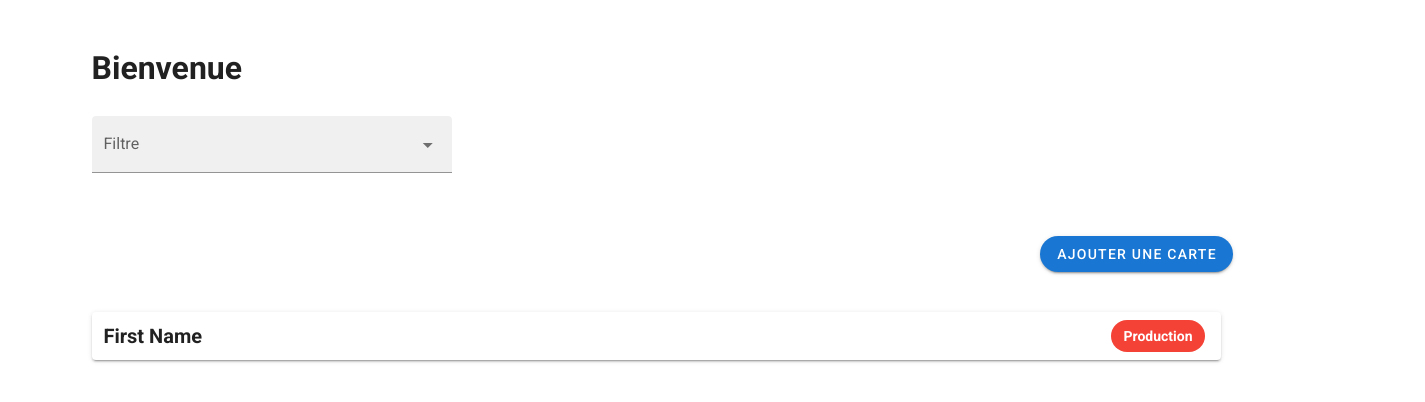
Repository: SidneyHodieb/myc
Page: /
These files come from the project's save history. The page is drawn as it stood at one moment and after the next save; the edit follows.
The browser window is 1280 px wide. The page is 1425 px wide, so the pictures cover 1425 px, including what lies to the right of the window. The pictures show the whole page.
The project was rebuilt for these pictures with package versions that can differ from the ones it lists, and the page was loaded fresh each time. Also part of the build but not shown: vue.config.js.

Above is the page before, as saved 2021-04-02 00:15:19.

### src/App.vue
<template>
  <v-app>
    <v-main>
      <router-view></router-view>
    </v-main>
  </v-app>
</template>

<script>

export default {
  name: 'App',
  data: () => ({
    //
  }),
};
</script>

### src/views/Home.vue
<template>
  <v-container>
    <v-row class="mt-5 ml-5">
      <v-col cols="12" sm="12">
        <h1>Bienvenue</h1>
      </v-col>
      <v-col class="d-flex" sm="4">
        <v-select :items="items" filled label="Filtre"></v-select>
      </v-col>
     <v-col offset-md="8" sm="6" style="margin-top:10px">
      <div class="text-center">
        <v-btn rounded color="primary">
          Ajouter une carte
        </v-btn>
      </div>
      </v-col>
      <v-col
          cols="12"
          sm="12"
          class="mt-4"
        >
          <v-text-field
            readonly
            value="First Name"
            solo
            style="font-weight:bold; font-size:20px"
          >
             <template v-slot:append>
               <v-chip text-color="white" color="red" class="ma-1">Production</v-chip>
              </template>

          </v-text-field>
        </v-col>
    </v-row>
  </v-container>
</template>

<script>
// @ is an alias to /src

export default {
  components: {},
};
</script>

Loaded but not shown: public/index.html (common file); src/main.js (common file); src/router/index.js (common file); src/store/index.js (common file); src/plugins/vuetify.js (common file)

After the next save:
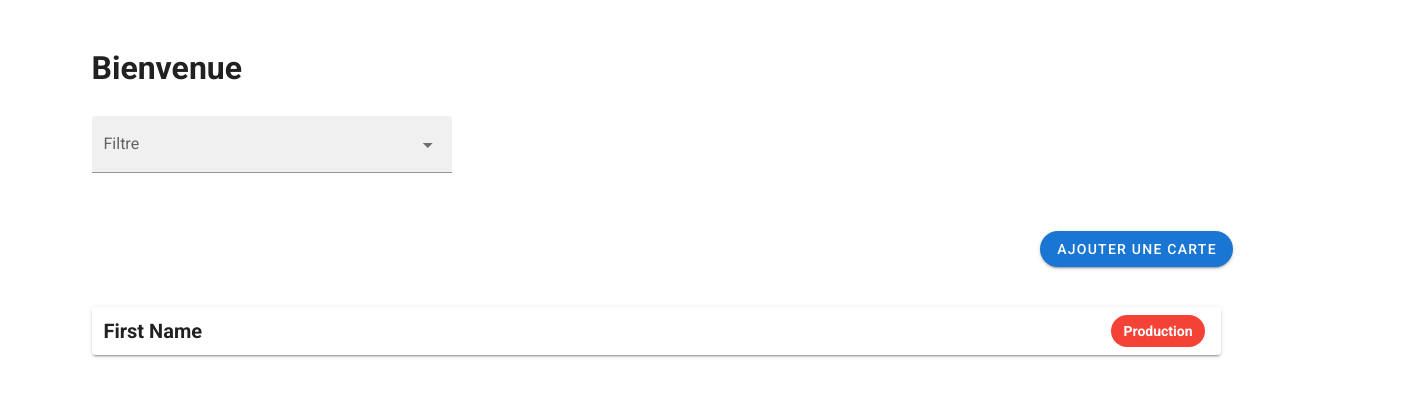
Saved 4 s later.
--- a/src/views/Home.vue
+++ b/src/views/Home.vue
@@ -7,7 +7,7 @@
       <v-col class="d-flex" sm="4">
         <v-select :items="items" filled label="Filtre"></v-select>
       </v-col>
-     <v-col offset-md="8" sm="6" style="margin-top:10px">
+     <v-col offset-md="8" sm="6" style="margin-top:5px">
       <div class="text-center">
         <v-btn rounded color="primary">
           Ajouter une carte
